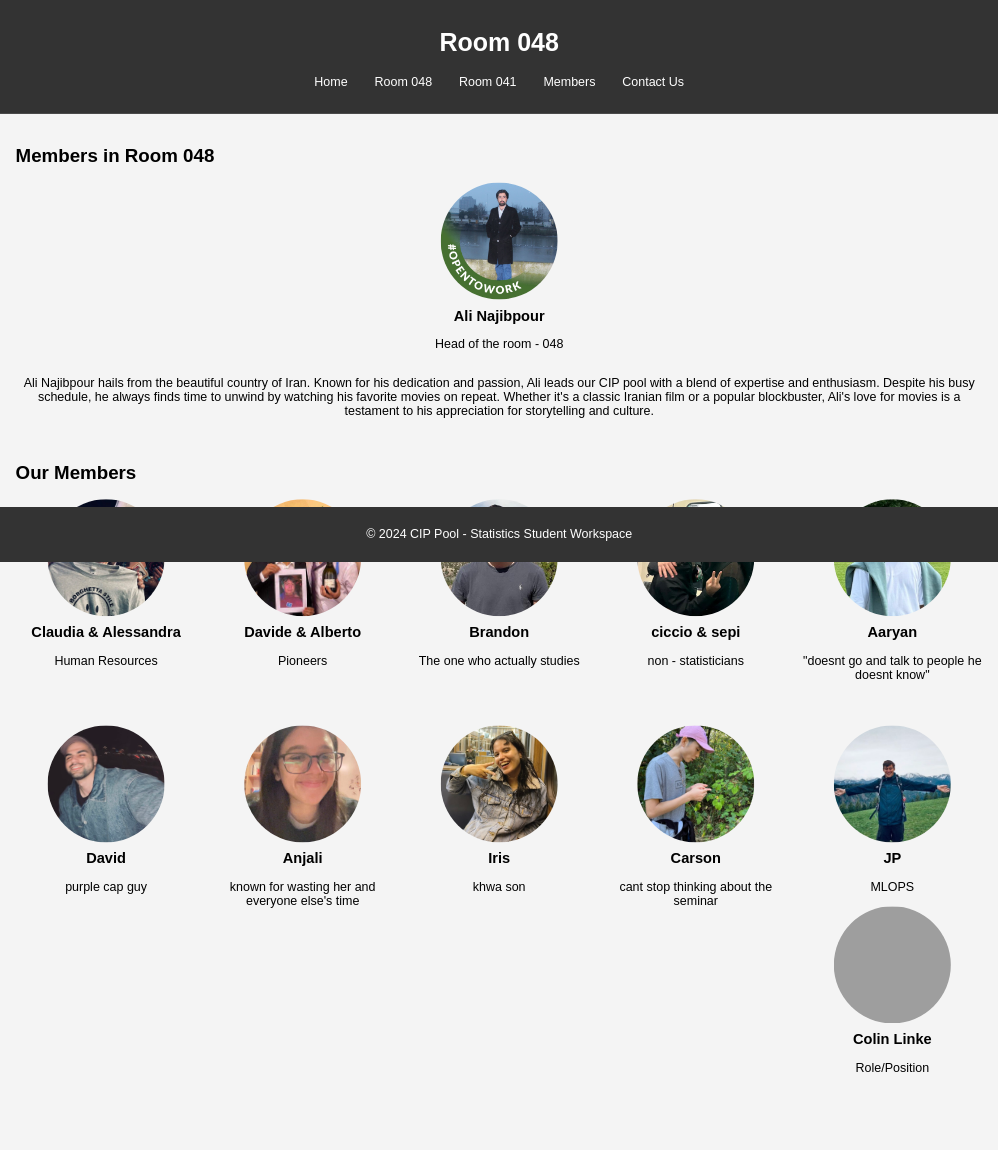
Repository: anjalisarawgi/cip_website
Page: room_048.html
These files come from the project's save history. The page is drawn as it stood at one moment and after the next save; the edit follows.
The browser window is 1280 px wide. The pictures show the whole page, at 78% of full size.
Pictures or frames that could not be fetched are drawn as grey boxes.

Above is the page before, as saved 2024-06-14 14:18:40.

After the next save:
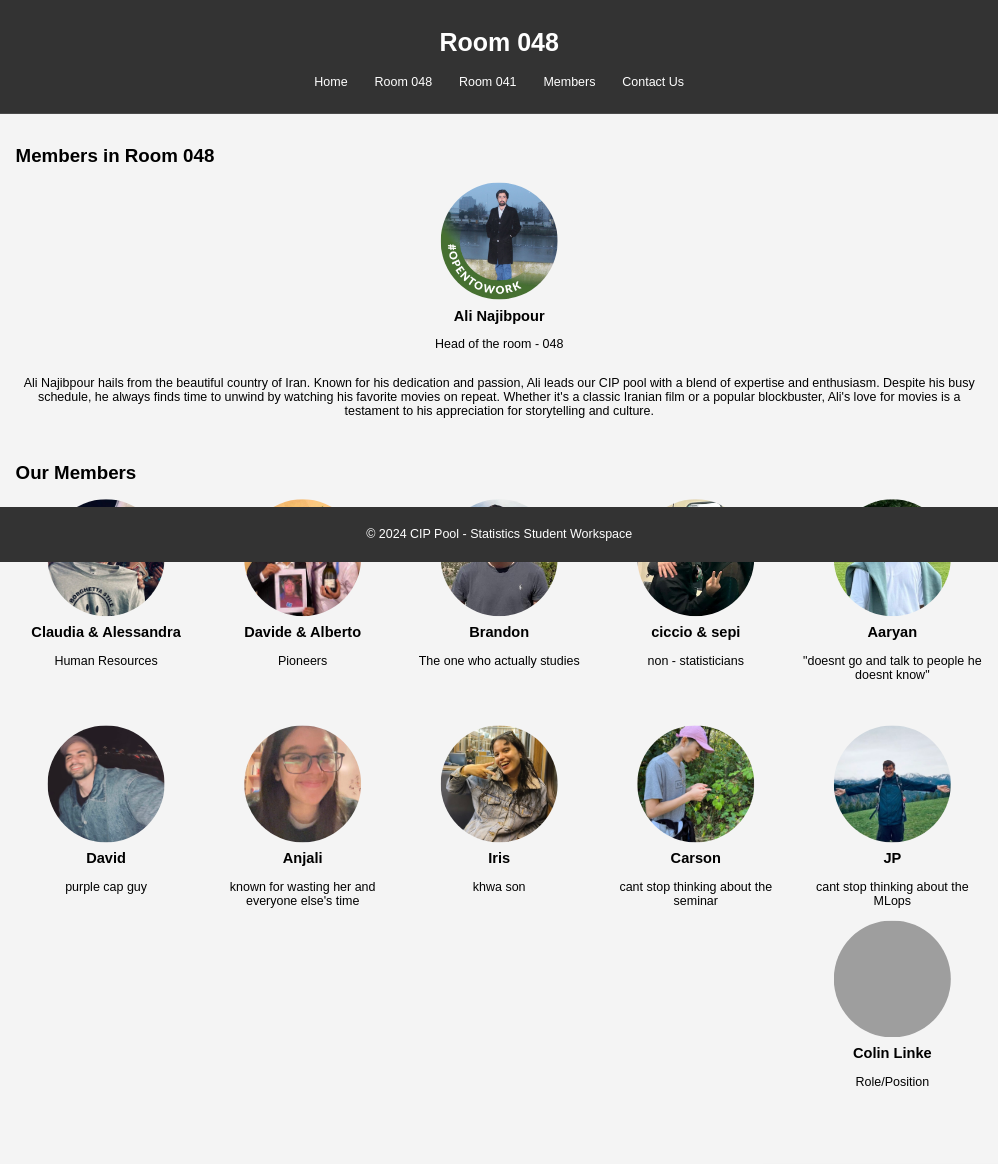
Saved 26 s later.
--- a/room_048.html
+++ b/room_048.html
@@ -104,7 +104,7 @@
                     <img src="images/jp.jpg" alt="jp" class="member-photo">
                     <div class="member-info">
                         <h3>JP</h3>
-                        <p>MLOPS</p>
+                        <p>cant stop thinking about the MLops</p>
                     </div>
                 <div class="member">
                     <img src="images/member5.jpeg" alt="Member 5" class="member-photo">
